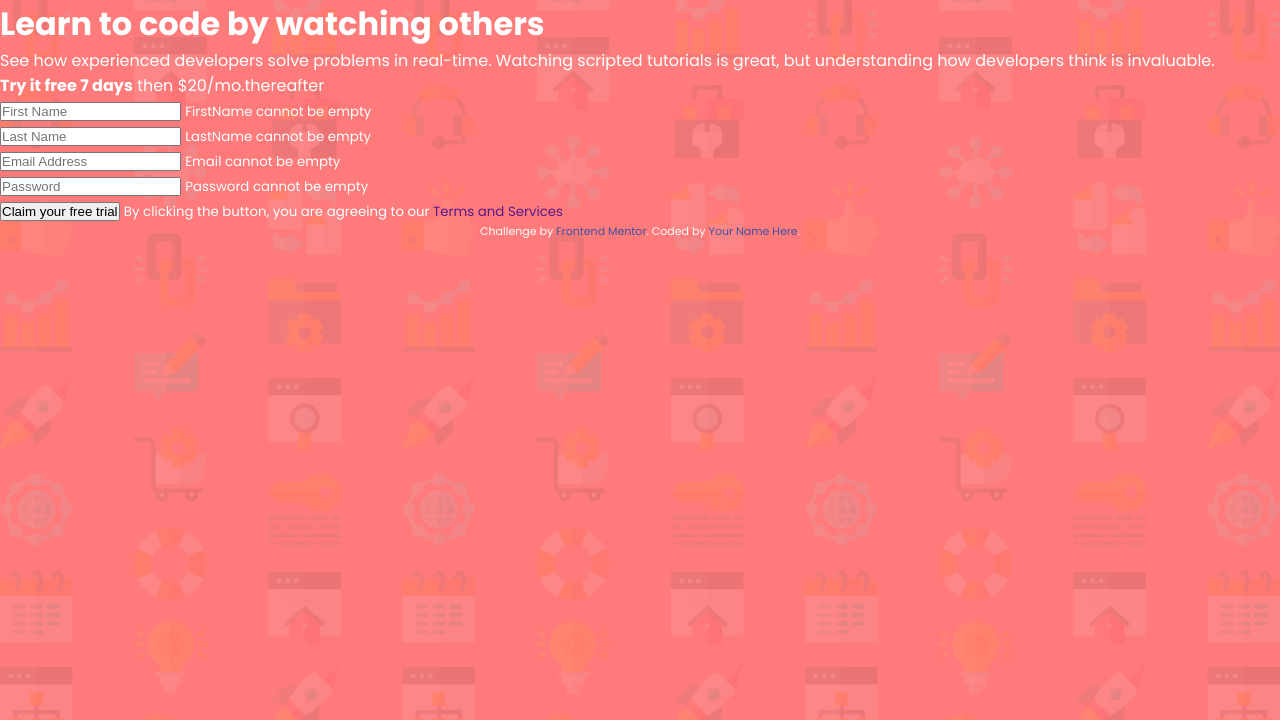
Repository: Akashiii1/WebSignup_Form_Day2
Page: index.html
An editor plug-in stored every save of this project. The page is shown before and after the next save, followed by the edit.
The browser window is 1280 px wide. The pictures show the whole page.

Above is the page before, as saved 2021-12-19 16:39:54.

After the next save:
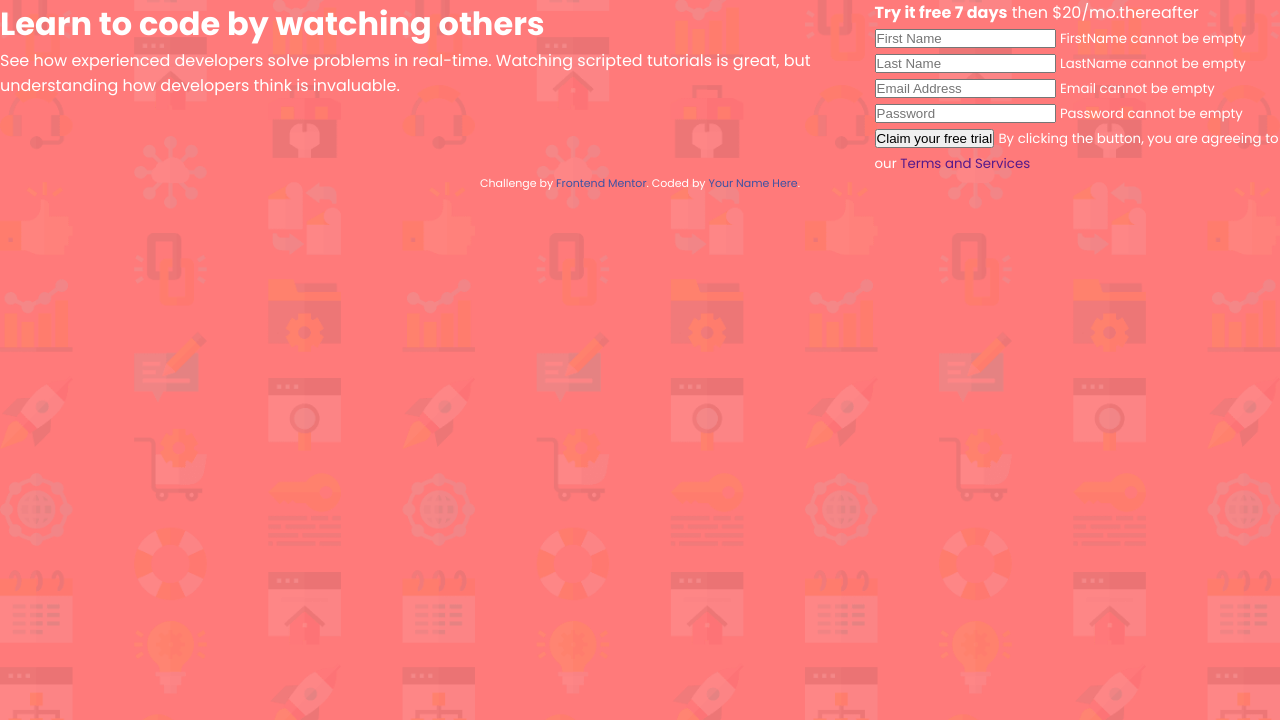
Saved 12 s later.
--- a/style.css
+++ b/style.css
@@ -37,3 +37,6 @@ body{
   background-color: hsl(0, 100%, 74%) ;
   color: #fff;
 }
+.container{
+  display: flex;
+}

After the save that followed:
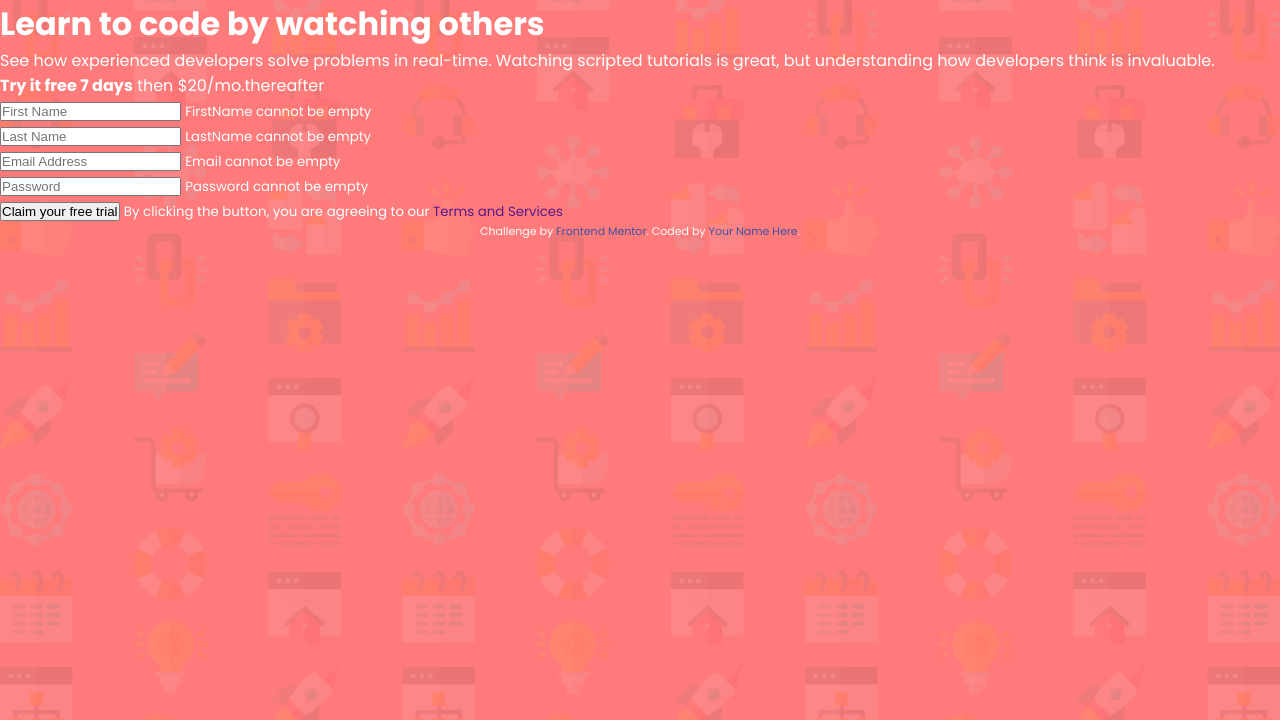
Saved 11 s later.
--- a/style.css
+++ b/style.css
@@ -39,4 +39,5 @@ body{
 }
 .container{
   display: flex;
+  flex-wrap: wrap;
 }
